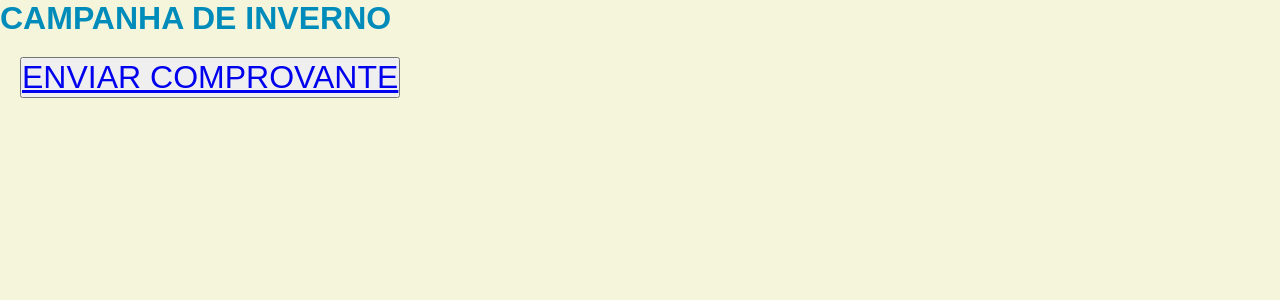
Repository: adrtrvs/qrcodeong
Page: campaignall.html
These files come from the project's save history. The page is drawn as it stood at one moment and after the next save; the edit follows.
The browser window is 1280 px wide. The pictures show the whole page.
Some web fonts or font styles are not loaded; a fallback is used.

Above is the page before, as saved 2023-05-26 09:39:26.

### campaignall.html
<!DOCTYPE html>
<html lang="pt-br">
  <head>
    <meta charset="UTF-8" />
    <meta http-equiv="X-UA-Compatible" content="IE=edge" />
    <meta name="viewport" content="width=device-width, initial-scale=1.0" />
    <link
      href="./files/logofavifinal.jpeg"
      rel="shortcut icon"
      type="image/x-icon"
    />
    <link rel="stylesheet" href="style.css" />
    <title>Campanha de inverno</title>
  </head>
  <body>
    <h1>Campanha de inverno</h1>
    <button class="campaignbutton">
      <a href="#" target="_blank">Enviar comprovante</a>
  </body>
</html>

### style.css
@import url('https://fonts.googleapis.com/css2?family=Courgette&display=swap');
@import url('https://fonts.googleapis.com/css2?family=Indie+Flower&display=swap');
@import url('https://fonts.googleapis.com/css2?family=Cuprum:wght@500&display=swap');
* {
  padding: 0;
  margin: 0;
}
@keyframes animate {
  0% {
    opacity: 0;
  }

  50% {
    opacity: 1;
  }

  100% {
    opacity: 0;
  }
}

body {
  background-color: #f5f5dc;
  background-repeat: no-repeat;
  background-size: cover;
  width: 100%;
}

header img {
  width: 100%;
}

header p {
  color: black;
  text-align: center;
  font-size: 18px;
  margin: 10px;
  font-family: 'Cuprum', sans-serif;
}

/*FONTES*/

h1,
h2,
h3 {
  color: #008cba;
  text-transform: uppercase;
  font-family: 'Cuprum', sans-serif;
}

/* MENU INDEX */

.menu h2 {
  background-color: #008cba;
  text-align: center;
  font-size: 18px;
  margin: 5px;
  padding: 5px;
  color: whitesmoke;
  font-family: 'Cuprum', sans-serif;
}

.menu h3 {
  font-size: 16px;
  margin-bottom: 5px;
  font-family: 'Cuprum', sans-serif;
}

/* LISTA INDEX */

ul li {
  display: flex;
  justify-content: space-between;
  padding: 16px;
  border-bottom: 1px solid rgba(0, 0, 0, 0.1);
}

/* PARAGRAFOS INDEX*/

.details {
  padding: 5px;
  color: #008cba;
  font-family: 'Cuprum', sans-serif;
}

/*BOTAO INDEX*/

._link {
  background-color: #008cba;
  border: none;
  padding: 13px 23px;
  border-radius: 26px;
  align-self: flex-start;
}

.submenu button a {
  text-decoration: none;
  font-size: 14px;
  color: whitesmoke;
  white-space: nowrap;
  font-family: 'Cuprum', sans-serif;
}

._link:hover {
  background-color: #cbf305;
  transition-duration: 0.4s;
}

.botaocomprov {
  background-color: #4caf50;
  border: none;
  padding: 13px 23px;
  border-radius: 26px;
}
.botaocomprov:hover {
  background-color: #cbf305;
  transition-duration: 0.4s;
}
.botaocomprov a {
  text-decoration: none;
  font-size: 14px;
  color: whitesmoke;
  white-space: nowrap;
  font-family: 'Cuprum', sans-serif;
}
/* PIX ONG  */
._pix {
  color: black;
  padding: 20px;
  text-align: center;
}
.qrcodepixong {
  display: flex;
  flex-direction: column;
  align-items: center;
  background-color: whitesmoke;
}
.qrcodepixong img {
  max-width: -webkit-fill-available;
}

/* TROCO SOLIDÁRIO */

div.trocorockn {
  display: flex;
  flex-direction: column;
  align-items: center;
  background-color: whitesmoke;
}
.trocorockn img {
  max-width: -webkit-fill-available;
}
.ultroco li {
  text-align: center;
  font-family: 'Cuprum', sans-serif;
  color: #008cba;
}

/*BOTÃO CAMPANHAS*/

.campaignbutton {
  text-align: center;
  margin: 20px;
  text-decoration: none;
  text-transform: uppercase;
  font-size: 2em;
  color: rgba(219, 10, 10, 0.73);
  text-align: center;
  animation: animate 2s linear infinite;
  font-family: 'Cuprum', sans-serif;
}

/*
.bcampaign {
  padding: 8px 15px;
  border-radius: 26px;
  border: none;
  background-color: #008cba;
}

.bcampaign:hover {
  background-color: #cbf305;
  transition-duration: 0.4s;
} */
/* CAMPAIGN*/

/* campaignvid {
  display: flex;
  flex-direction: column;
  align-items: center;
 */

/* .buttoncampaignaj {
  padding: 8px 15px;
  border-radius: 26px;
  border: none;
  background-color: #008cba;
  margin: 20px;
}

.buttoncampaignaj a {
  text-decoration: none;
  text-transform: uppercase;
  font-size: 2em;
  color: whitesmoke;
  animation: animate 3s linear infinite;
}

.buttoncampaignaj:hover {
  background-color: #4caf50;
  transition-duration: 0.4s;
}

.titlecampaing {
  text-align: center;
  color: rgba(0, 0, 0, 0.9);
}

.campaigndescription {
  font-size: 16px;
  color: rgba(0, 0, 0, 0.8);
  padding: 16px;
  text-align: center;
  justify-content: space-between;
} */

After the next save:
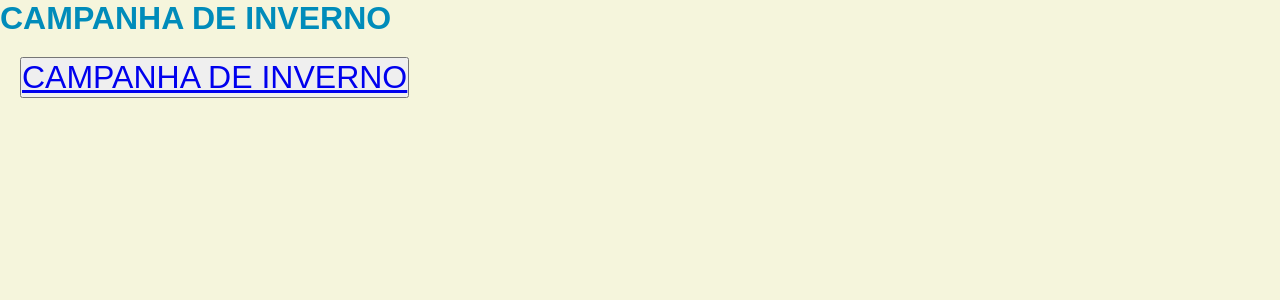
Saved 10 s later.
--- a/campaignall.html
+++ b/campaignall.html
@@ -15,6 +15,6 @@
   <body>
     <h1>Campanha de inverno</h1>
     <button class="campaignbutton">
-      <a href="#" target="_blank">Enviar comprovante</a>
+      <a href="#" target="_blank">Campanha de Inverno</a>
   </body>
 </html>
